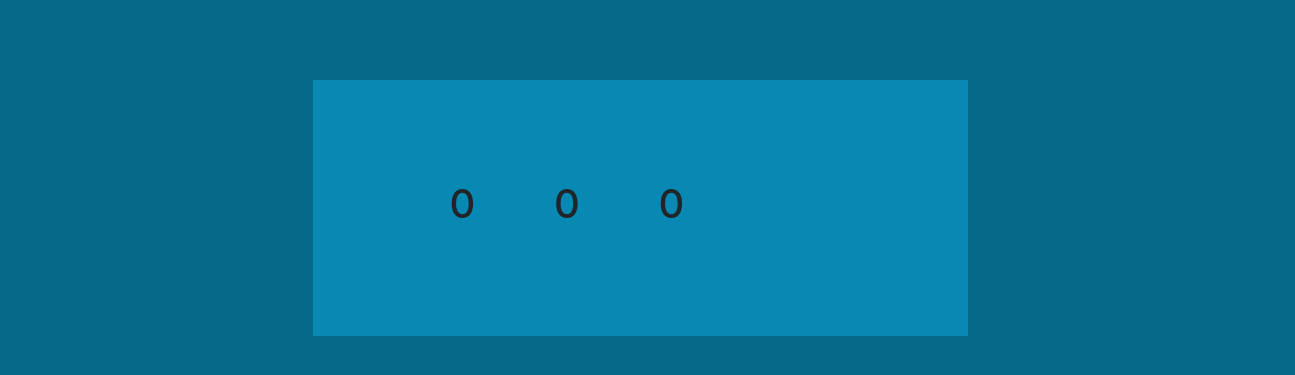
Repository: moiz9265/stopwatch
Page: index.html
These files come from the project's save history. The page is drawn as it stood at one moment and after the next save; the edit follows.
The browser window is 1280 px wide. The page is 1295 px wide, so the pictures cover 1295 px, including what lies to the right of the window. The pictures show the whole page.

Above is the page before, as saved 2020-07-09 22:53:03.

### index.html
<!DOCTYPE html>
<html lang="en">
  <head>
    <meta charset="utf-8">
    <title>Stop Watch</title>

    <link rel="stylesheet" href="css/bootstrap.min.css">
    <link rel="stylesheet" href="css/style.css" type="text/css">
    <script src="js/app.js">

    </script>
  </head>
  <body>
      <!-- <h1  style="text-align: center;">Stop Watch</h1> -->
        <div class="row" style="margin-top: 80px;">
            <div class="col-md-3">

            </div>
            <div id="maindiv" class="col-sm-12 col-md-6">
                <h1>0</h1>
                <h1>0</h1>
                <h1>0</h1>
                <!-- <h1>0</h1> -->
            </div>
            <div class="col-md-3">

            </div>

        </div>
  </body>
  <script src="js/jquery-3.2.1.slim.min.js"></script>
  <script src="js/popper.min.js"></script>
  <script src="js/bootstrap.min.js"> </script>
</html>

### css/style.css
body{
    background-color: #066989;
}

#maindiv
{

    width: 40%;
    background-color: #0789B3;
    padding: 100px;
}

h1
{
    display: inline-block;
    width: 100px;
   text-align: center;
}

Loaded but not shown: css/bootstrap.min.css (library); js/jquery-3.2.1.slim.min.js (library); js/popper.min.js (library); js/bootstrap.min.js (library); js/app.js (no stored copy; drawn as an empty file)

After the next save:
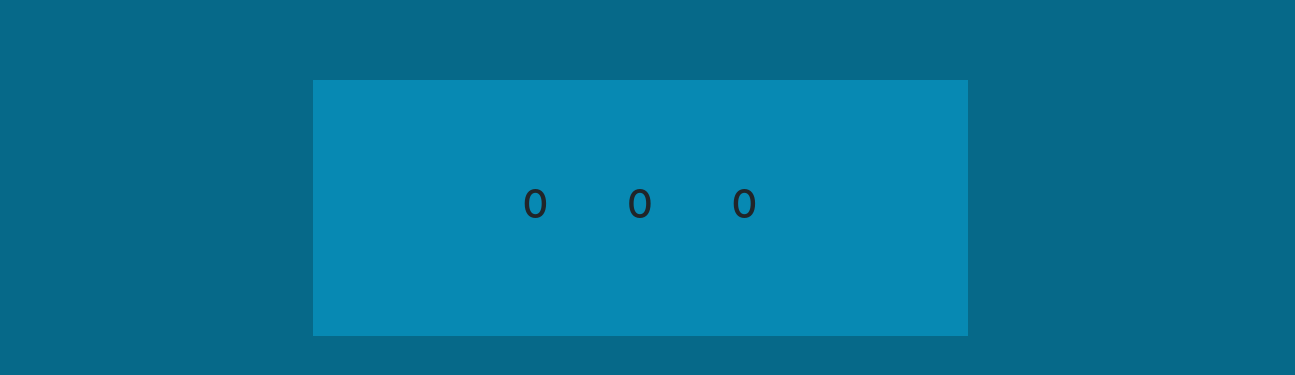
Saved 17 s later.
--- a/index.html
+++ b/index.html
@@ -16,7 +16,7 @@
             <div class="col-md-3">
 
             </div>
-            <div id="maindiv" class="col-sm-12 col-md-6">
+            <div id="maindiv" style=" text-align: center;" class="col-sm-12 col-md-6">
                 <h1>0</h1>
                 <h1>0</h1>
                 <h1>0</h1>
